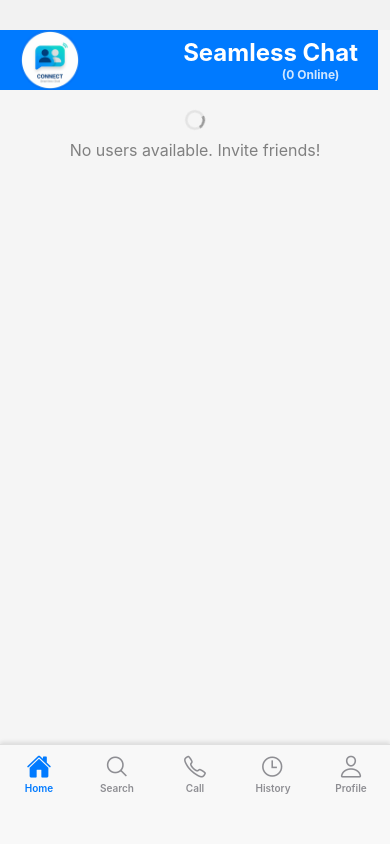
Repository: UdayRaj04/Chatapp_native
Screen: /MainTabs (app in ChatAppFrontend/)
An editor plug-in stored every save of this project. The screen is shown before and after the next save, followed by the edit.
The app was drawn by React Native's web renderer in a window 390 px wide. The project was rebuilt for these pictures with package versions that can differ from the ones it lists, and the page was loaded fresh each time. Some packages were replaced by stand-ins written for this rebuild. Also part of the build but not shown: ChatAppFrontend/screens/RegisterScreen.tsx, ChatAppFrontend/screens/ChatScreen.tsx, ChatAppFrontend/screens/SearchScreen.tsx, ChatAppFrontend/screens/AnalyticsScreen.tsx, ChatAppFrontend/screens/HistoryScreen.tsx, ChatAppFrontend/screens/ProfileScreen.tsx.

Above is the screen before, as saved 2025-09-09 18:02:18.

### ChatAppFrontend/App.tsx
import 'react-native-get-random-values';  // Polyfill first
import React from 'react';
import { NavigationContainer } from '@react-navigation/native';
import { createStackNavigator } from '@react-navigation/stack';
import { createBottomTabNavigator } from '@react-navigation/bottom-tabs';
import { Ionicons } from '@expo/vector-icons';
import { LogBox, View } from 'react-native';
import { SafeAreaProvider } from 'react-native-safe-area-context';  // New: For dynamic insets

// Suppress warnings
LogBox.ignoreLogs([
  'Text strings must be rendered within a <Text> component',
  'VirtualizedList: You have a large list that is slow to initial render',
  'Require cycle:',
  /Warning: [A-Za-z ]*Text strings[A-Za-z ]*/,
]);

// Your existing screens
import LoginScreen from './screens/LoginScreen';
import RegisterScreen from './screens/RegisterScreen';
import ChatListScreen from './screens/ChatListScreen';
import ChatScreen from './screens/ChatScreen';

// Placeholder screens (ensure they exist)
import SearchScreen from './screens/SearchScreen';
import AnalyticsScreen from './screens/AnalyticsScreen';
import HistoryScreen from './screens/HistoryScreen';
import ProfileScreen from './screens/ProfileScreen';

const Stack = createStackNavigator();
const Tab = createBottomTabNavigator();

// Main Tab Navigator (enhanced with safe area for no overlap)
function MainTabs() {
  return (
    <Tab.Navigator
      screenOptions={({ route }) => ({
        tabBarIcon: ({ focused, color, size }) => {
          let iconName: keyof typeof Ionicons.glyphMap;

          if (route.name === 'Chats') {
            iconName = focused ? 'home' : 'home-outline';
          } else if (route.name === 'Search') {
            iconName = focused ? 'search' : 'search-outline';
          } else if (route.name === 'Call') {
            iconName = focused ? 'call' : 'call-outline';
          } else if (route.name === 'History') {
            iconName = focused ? 'time' : 'time-outline';
          } else {
            iconName = focused ? 'person' : 'person-outline';
          }

          return <Ionicons name={iconName} size={size} color={color} />;
        },
        tabBarActiveTintColor: '#007AFF',
        tabBarInactiveTintColor: '#8e8e93',
        tabBarStyle: {
          backgroundColor: '#f8f8f8',
          borderTopWidth: 0.5,
          borderTopColor: '#e0e0e0',
          elevation: 8,
          shadowColor: '#000',
          shadowOffset: { width: 0, height: -2 },
          shadowOpacity: 0.1,
          shadowRadius: 4,
          height: 100,  // Increased: Taller tab bar (60 was too tight; 70 + labels)
          paddingBottom: 50,  // Reduced top padding for balance
          paddingTop: 5,
          position: 'absolute',  // Explicit: Ensures absolute positioning
          bottom: 0,  // Pin to bottom
          left: 0,
          right: 0,
          marginBottom: 0,  // No extra margin
        },
        tabBarLabelStyle: {
          fontSize: 10,
          fontWeight: '600',
          marginBottom: 0,  // Tight labels
        },
        headerShown: false,
        lazy: true,
        // New: Apply safe area padding to tab screens (prevents overlap)
        cardStyle: { paddingBottom: 0 },  // No extra card padding
      })}
    >
      <Tab.Screen name="Chats" component={ChatListScreen} options={{ title: 'Home' }} />
      <Tab.Screen name="Search" component={SearchScreen} options={{ title: 'Search' }} />
      <Tab.Screen name="Call" component={AnalyticsScreen} options={{ title: 'Call' }} />
      <Tab.Screen name="History" component={HistoryScreen} options={{ title: 'History' }} />
      <Tab.Screen name="Profile" component={ProfileScreen} options={{ title: 'Profile' }} />
    </Tab.Navigator>
  );
}

// Main App - Wrapped in SafeAreaProvider
export default function App() {
  return (
    <SafeAreaProvider>  {/* New: Enables useSafeAreaInsets() */}
      <View style={{ flex: 1 }}>
        <NavigationContainer>
          <Stack.Navigator
            initialRouteName="Login"
            screenOptions={{
              headerShown: false,
              cardStyle: { backgroundColor: '#f5f5f5' },
            }}
          >
            <Stack.Screen name="Login" component={LoginScreen} />
            <Stack.Screen name="Register" component={RegisterScreen} />
            <Stack.Screen name="MainTabs" component={MainTabs} />
            <Stack.Screen
              name="Chat"
              component={ChatScreen}
              options={{
                headerShown: true,
                headerTitle: 'Chat',
                headerStyle: { backgroundColor: '#007AFF' },
                headerTintColor: '#fff',
                presentation: 'modal',
                // Hide tabs in chat to avoid overlap
                tabBarStyle: { display: 'none' },
              }}
            />
          </Stack.Navigator>
        </NavigationContainer>
      </View>
    </SafeAreaProvider>
  );
}

### ChatAppFrontend/screens/LoginScreen.tsx
import React, { useState } from 'react';
import {
  View,
  TextInput,
  TouchableOpacity,
  Text,
  StyleSheet,
  Alert,
  ActivityIndicator,
  KeyboardAvoidingView,
  Platform,
  Image,  // New: For logo
} from 'react-native';
import { Ionicons } from '@expo/vector-icons';  // For input icons
import { useSafeAreaInsets } from 'react-native-safe-area-context';  // For insets (provider in App.tsx)
import { useNavigation } from '@react-navigation/native';  // For navigation
import AsyncStorage from '@react-native-async-storage/async-storage';
import axios, { AxiosError } from 'axios';

const API_BASE = 'http://192.168.29.93:5000/api';

interface LoginResponse {
  token: string;
  user: {
    id?: string;
    _id?: string;
    username: string;
    email: string;
  };
}

export default function LoginScreen() {
  const [email, setEmail] = useState<string>('');
  const [password, setPassword] = useState<string>('');
  const [loading, setLoading] = useState<boolean>(false);
  const [emailError, setEmailError] = useState<string>('');
  const [passwordError, setPasswordError] = useState<string>('');
  const navigation = useNavigation<any>();
  const insets = useSafeAreaInsets();  // Use insets from root provider

  const validateEmail = (email: string): boolean => {
    const emailRegex = /^[^\s@]+@[^\s@]+\.[^\s@]+$/;
    if (!email) {
      setEmailError('Email is required');
      return false;
    }
    if (!emailRegex.test(email)) {
      setEmailError('Invalid email format');
      return false;
    }
    setEmailError('');
    return true;
  };

  const validatePassword = (password: string): boolean => {
    if (!password) {
      setPasswordError('Password is required');
      return false;
    }
    if (password.length < 6) {
      setPasswordError('Password must be at least 6 characters');
      return false;
    }
    setPasswordError('');
    return true;
  };

  const handleLogin = async (): Promise<void> => {
    if (!validateEmail(email) || !validatePassword(password)) return;

    setLoading(true);
    try {
      const response = await axios.post<LoginResponse>(`${API_BASE}/auth/login`, {
        email,
        password,
      });
      await AsyncStorage.setItem('token', response.data.token);
      await AsyncStorage.setItem('user', JSON.stringify(response.data.user));
      navigation.replace('MainTabs');  // Navigate to tabs on success
    } catch (err) {
      const error = err as AxiosError;
      Alert.alert('Login Failed', error.response?.data?.error || 'Invalid credentials');
    } finally {
      setLoading(false);
    }
  };

  return (
    <KeyboardAvoidingView
      style={[styles.container, { paddingTop: insets.top }]}
      behavior={Platform.OS === 'ios' ? 'padding' : 'height'}
      enabled={true}
    >
      {/* Title with Logo */}
      <View style={styles.titleContainer}>
        {/* New: Bigger Logo */}
        <Image
          source={require('../assets/logos.png')}  // Adjust path if needed (e.g., '../../assets/logo.png')
          style={styles.logo}
          resizeMode="contain"
        />
        <Text style={styles.title}>Seamless Chat</Text>
        <Text style={styles.subtitle}>Welcome back! Sign in to continue</Text>
      </View>

      {/* Form */}
      <View style={styles.formContainer}>
        {/* Email Input */}
        <View style={styles.inputContainer}>
          <Ionicons name="mail" size={24} color="#999" style={styles.inputIcon} />
          <TextInput
            style={[styles.input, emailError ? styles.inputError : null]}
            value={email}
            onChangeText={(text) => {
              setEmail(text);
              if (emailError) validateEmail(text);
            }}
            placeholder="Email"
            keyboardType="email-address"
            autoCapitalize="none"
            onBlur={() => validateEmail(email)}
          />
        </View>
        {emailError ? <Text style={styles.errorText}>{emailError}</Text> : null}

        {/* Password Input */}
        <View style={styles.inputContainer}>
          <Ionicons name="lock-closed" size={24} color="#999" style={styles.inputIcon} />
          <TextInput
            style={[styles.input, passwordError ? styles.inputError : null]}
            value={password}
            onChangeText={(text) => {
              setPassword(text);
              if (passwordError) validatePassword(text);
            }}
            placeholder="Password"
            secureTextEntry={true}
            onBlur={() => validatePassword(password)}
          />
        </View>
        {passwordError ? <Text style={styles.errorText}>{passwordError}</Text> : null}

        {/* Login Button */}
        <TouchableOpacity
          style={[styles.button, loading ? styles.buttonDisabled : null]}
          onPress={handleLogin}
          disabled={loading}
          activeOpacity={0.7}
        >
          {loading ? (
            <ActivityIndicator size="small" color="#fff" />
          ) : (
            <Text style={styles.buttonText}>Login</Text>
          )}
        </TouchableOpacity>

        {/* Register Link */}
        <TouchableOpacity
          style={styles.linkContainer}
          onPress={() => navigation.navigate('Register')}
        >
          <Text style={styles.linkText}>Don't have an account? Register</Text>
        </TouchableOpacity>
      </View>
    </KeyboardAvoidingView>
  );
}

const styles = StyleSheet.create({
  container: {
    flex: 1,
    backgroundColor: '#f5f5f5',
    justifyContent: 'center',
    alignItems: 'center',
  },
  titleContainer: {
    alignItems: 'center',
    marginBottom: 50,  // Increased: More space after logo/title to form
  },
  // New: Logo Style (Bigger, Centered)
  logo: {
    width: 120,  // Bigger size - adjust as needed (e.g., 100 for smaller)
    height: 120,
    marginBottom: 20,  // Space between logo and title
    alignSelf: 'center',
  },
  title: {
    fontSize: 32,
    fontWeight: 'bold',
    color: '#333',
    marginBottom: 5,
  },
  subtitle: {
    fontSize: 16,
    color: '#666',
    textAlign: 'center',
  },
  formContainer: {
    width: '85%',  // Responsive width
    alignItems: 'center',
  },
  inputContainer: {
    flexDirection: 'row',
    alignItems: 'center',
    backgroundColor: '#fff',
    borderRadius: 10,
    marginBottom: 15,
    paddingHorizontal: 15,
    elevation: 2,
    shadowColor: '#000',
    shadowOffset: { width: 0, height: 1 },
    shadowOpacity: 0.1,
    shadowRadius: 2,
    width: '100%',
  },
  inputIcon: {
    marginRight: 10,
  },
  input: {
    flex: 1,
    paddingVertical: 12,
    fontSize: 16,
    color: '#333',
  },
  inputError: {
    borderWidth: 1,
    borderColor: '#ff6b6b',
  },
  errorText: {
    color: '#ff6b6b',
    fontSize: 12,
    marginBottom: 10,
    alignSelf: 'flex-start',
  },
  button: {
    backgroundColor: '#007AFF',
    borderRadius: 10,
    paddingVertical: 15,
    width: '100%',
    alignItems: 'center',
    marginTop: 10,
    elevation: 2,
    shadowColor: '#007AFF',
    shadowOffset: { width: 0, height: 2 },
    shadowOpacity: 0.2,
    shadowRadius: 4,
  },
  buttonDisabled: {
    backgroundColor: '#ccc',
  },
  buttonText: {
    color: '#fff',
    fontSize: 18,
    fontWeight: 'bold',
  },
  linkContainer: {
    marginTop: 20,
    alignItems: 'center',
  },
  linkText: {
    color: '#007AFF',
    fontSize: 16,
    textDecorationLine: 'underline',
  },
});

### ChatAppFrontend/screens/ChatListScreen.tsx
import React, { useState, useEffect } from 'react';
import {
  View,
  FlatList,
  Text,
  TouchableOpacity,
  StyleSheet,
  Alert,
  ActivityIndicator,
  Image,
} from 'react-native';
import { Ionicons } from '@expo/vector-icons';  // New: For user icons (person-circle)
import { useSafeAreaInsets } from 'react-native-safe-area-context';  // From previous (for padding)
import AsyncStorage from '@react-native-async-storage/async-storage';
import axios, { AxiosError } from 'axios';
import io, { Socket } from 'socket.io-client';

const API_BASE = 'http://192.168.29.93:5000/api';

interface User {
  _id: string;
  id?: string;
  username: string;
  email: string;
}

export default function ChatListScreen({ navigation }: { navigation: any }) {
  const [users, setUsers] = useState<User[]>([]);
  const [loading, setLoading] = useState<boolean>(true);
  const [currentUser, setCurrentUser] = useState<User | null>(null);
  const [socket, setSocket] = useState<Socket | null>(null);
  const [onlineUsers, setOnlineUsers] = useState<Set<string>>(new Set());

  // Safe area for dynamic padding (from previous)
  const insets = useSafeAreaInsets();
  const bottomPadding = Math.max(120, insets.bottom + 70);

  useEffect(() => {
    loadUser();
    fetchUsers();

    const initSocket = async () => {
      const token = await AsyncStorage.getItem('token');
      if (token) {
        const newSocket = io(API_BASE.replace('/api', ''), {
          auth: { token },
        });
        setSocket(newSocket);
        newSocket.on('connect_error', () => Alert.alert('Socket Error', 'Connection failed'));

        newSocket.on('userOnline', (data) => {
          console.log('User online:', data.userId);
          setOnlineUsers((prev) => new Set([...prev, data.userId]));
        });

        newSocket.on('userOffline', (data) => {
          console.log('User offline:', data.userId);
          setOnlineUsers((prev) => {
            const newSet = new Set(prev);
            newSet.delete(data.userId);
            return newSet;
          });
        });

        newSocket.on('onlineUsersList', (data) => {
          console.log('Initial online users:', data.onlineUsers);
          setOnlineUsers(new Set(data.onlineUsers));
        });

        newSocket.on('connect', () => {
          console.log('Socket connected - requesting online users');
          newSocket.emit('getOnlineUsers');
        });
      }
    };
    initSocket();

    return () => {
      socket?.disconnect();
    };
  }, []);

  const loadUser = async (): Promise<void> => {
    const userStr = await AsyncStorage.getItem('user');
    if (userStr) {
      setCurrentUser(JSON.parse(userStr));
    }
    setLoading(false);
  };

  const fetchUsers = async (): Promise<void> => {
    const token = await AsyncStorage.getItem('token');
    if (!token) return;
    try {
      const response = await axios.get<User[]>(`${API_BASE}/users`, {
        headers: { Authorization: `Bearer ${token}` },
      });
      const validUsers = response.data.filter(u =>
        u && u.username && (u._id || u.id) && typeof u.username === 'string'
      );
      setUsers(validUsers);
    } catch (err) {
      const error = err as AxiosError;
      Alert.alert('Error', error.response?.data?.error || 'Failed to load users');
    }
  };

  const startChat = (otherUser: User): void => {
    const userId = otherUser.id || otherUser._id;
    console.log('Starting chat with userId:', userId);
    if (!userId) {
      Alert.alert('Error', 'Invalid user data');
      return;
    }
    navigation.navigate('Chat', {
      otherUserId: userId,
      otherUserName: otherUser.username,
    });
  };

  const renderUser = ({ item }: { item: User }): JSX.Element => {
    if (!item || !item.username || !(item._id || item.id)) {
      return (
        <View style={styles.userItem}>
          <View style={styles.userContent}>
            <Text style={styles.username}>Invalid user entry</Text>
          </View>
        </View>
      );
    }
    const userId = item.id || item._id;
    const isOnline = onlineUsers.has(userId);
    const userIdShort = userId.substring(0, 8) + '...';
    return (
      <TouchableOpacity onPress={() => startChat(item)} style={styles.userItem} activeOpacity={0.7}>
        <View style={styles.userContent}>
          {/* New: User icon on left */}
          <View style={styles.iconContainer}>
            <Ionicons
              name="person-circle"
              size={50}
              color={isOnline ? '#007AFF' : '#ccc'}  // Green for online, gray for offline
            />
            {/* Optional: Small online dot (green circle below icon) */}
            {isOnline && (
              <View style={styles.onlineDot} />
            )}
          </View>
          {/* Text content on right */}
          <View style={styles.textContent}>
            <Text style={styles.username}>{item.username}</Text>
            {isOnline && <Text style={styles.onlineBadge}>Online</Text>}
            <Text style={styles.idText}>{"(ID: " + userIdShort + ")"}</Text>
          </View>
        </View>
      </TouchableOpacity>
    );
  };

  const renderEmpty = (): JSX.Element => (
    <View style={[styles.emptyContainer, { paddingBottom: bottomPadding }]}>
      <ActivityIndicator size="small" color="#999" />
      <Text style={styles.emptyText}>No users available. Invite friends!</Text>
    </View>
  );

  if (loading) {
    return (
      <View style={styles.loadingContainer}>
        <ActivityIndicator size="large" color="#0000ff" />
        <Text style={styles.loadingText}>Loading chats...</Text>
      </View>
    );
  }

  return (
    <View style={styles.container}>
      <View style={{
       paddingLeft: 20,paddingRight:20,
  flexDirection: 'row',       // 👈 Arrange items in a row
  alignItems: 'center',       // 👈 Vertically center icon & text
  marginRight: 12,
  backgroundColor: '#007AFF',
  justifyContent:"space-between",
}}>
  <Image
    source={require('../assets/logos.png')}
    style={{ height: 60, width: 60, marginRight: 10 }}  // 👈 space between logo & text
  />
  <View style={{ flexDirection: 'column', alignItems: 'center' }}>
  <Text style={styles.title}>
    Seamless Chat
  </Text>
  <Text style={styles.title1}>
    ({onlineUsers.size} Online)
  </Text>
  </View>
</View>
      <FlatList
        data={users}
        keyExtractor={(item, index) => (item._id || item.id || index.toString())}
        renderItem={renderUser}
        ListEmptyComponent={renderEmpty}
        contentContainerStyle={[styles.listContent, { paddingBottom: bottomPadding }]}
        style={{ flex: 1 }}
        keyboardShouldPersistTaps="handled"
        bounces={true}
        showsVerticalScrollIndicator={true}
        initialNumToRender={10}
        maxToRenderPerBatch={5}
        windowSize={10}
        removeClippedSubviews={true}
        extraData={users}
        getItemLayout={(data, index) => ({ length: 70, offset: 70 * index, index })}
      />
    </View>
  );
}

const styles = StyleSheet.create({
  container: {
    marginTop: 30,
    flex: 1,
    backgroundColor: '#f5f5f5',
  },
  title: {
    fontSize: 24,
    fontWeight: 'bold',
    padding: 0,
    color: '#ffffffff',
    textAlign: 'center',



  },
  title1: {
    marginLeft:80,
    fontSize: 12,
    fontWeight: 'bold',
    padding: 0,
    color: '#ffffffce',
    textAlign: 'center',

  },
  loadingContainer: {
    flex: 1,
    justifyContent: 'center',
    alignItems: 'center',
  },
  loadingText: {
    marginTop: 10,
    fontSize: 16,
    color: '#666',
  },
  listContent: {
    paddingHorizontal: 10,
  },
  userItem: {
    backgroundColor: '#fff',
    marginVertical: 5,
    marginHorizontal: 10,
    borderRadius: 10,
    padding: 15,
    elevation: 2,
    shadowColor: '#000',
    shadowOffset: { width: 0, height: 1 },
    shadowOpacity: 0.2,
    shadowRadius: 1.41,
    // New: Taller for icon row
    minHeight: 70,
  },
  userContent: {
    flex: 1,
    flexDirection: 'row',  // New: Row for icon + text
    alignItems: 'center',  // New: Vertical center
  },
  // New: Icon container (left side)
  iconContainer: {
    marginRight: 15,  // Space between icon and text
    position: 'relative',  // For online dot positioning
  },
  // New: Text content wrapper (right side)
  textContent: {
    flex: 1,  // Take remaining space
    flexDirection: 'column',  // Stack username, badge, ID
    justifyContent: 'flex-start',
  },
  username: {
    fontSize: 18,
    fontWeight: 'bold',
    marginBottom: 2,  // Small space before badge/ID
  },
  onlineBadge: {
    fontSize: 12,
    color: '#007AFF',
    fontWeight: 'bold',
    marginBottom: 2,
  },
  idText: {
    fontSize: 12,
    color: 'gray',
  },
  // New: Online status dot (small green circle under icon)
  onlineDot: {
    position: 'absolute',
    bottom: 0,
    right: 0,
    width: 12,
    height: 12,
    borderRadius: 6,
    backgroundColor: '#007AFF',
    borderWidth: 2,
    borderColor: '#fff',  // White border for visibility
  },
  emptyContainer: {
    justifyContent: 'center',
    alignItems: 'center',
    padding: 20,
  },
  emptyText: {
    fontSize: 16,
    color: 'gray',
    textAlign: 'center',
    marginTop: 10,
  },
});

Loaded but not shown: ChatAppFrontend/index.ts (common file)

After the next save:
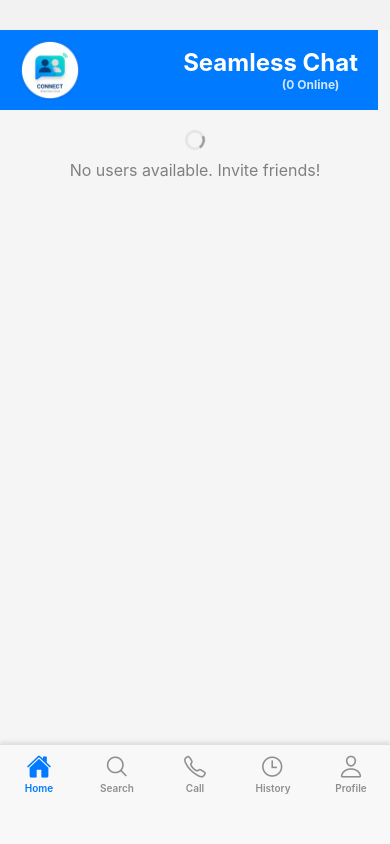
Saved 6 s later.
--- a/ChatAppFrontend/screens/ChatListScreen.tsx
+++ b/ChatAppFrontend/screens/ChatListScreen.tsx
@@ -176,7 +176,7 @@ export default function ChatListScreen({ navigation }: { navigation: any }) {
   return (
     <View style={styles.container}>
       <View style={{
-       paddingLeft: 20,paddingRight:20,
+       paddingLeft: 20,paddingRight:20, paddingBottom:10, paddingTop:10,
   flexDirection: 'row',       // 👈 Arrange items in a row
   alignItems: 'center',       // 👈 Vertically center icon & text
   marginRight: 12,
